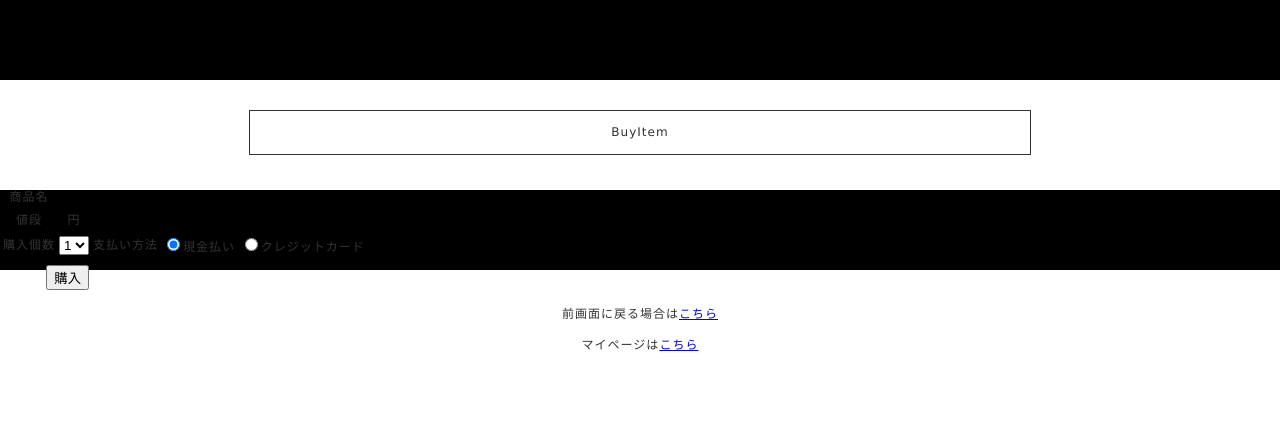
Repository: Numanaka/test
Page: http://localhost/ecsite/buyItem.jsp
These files come from the project's save history. The page is drawn as it stood at one moment and after the next save; the edit follows.
The browser window is 1280 px wide. The pictures show the whole page.
The page is served by Tomcat 9.

Above is the page before, as saved 2019-07-10 06:56:07.

After the next save:
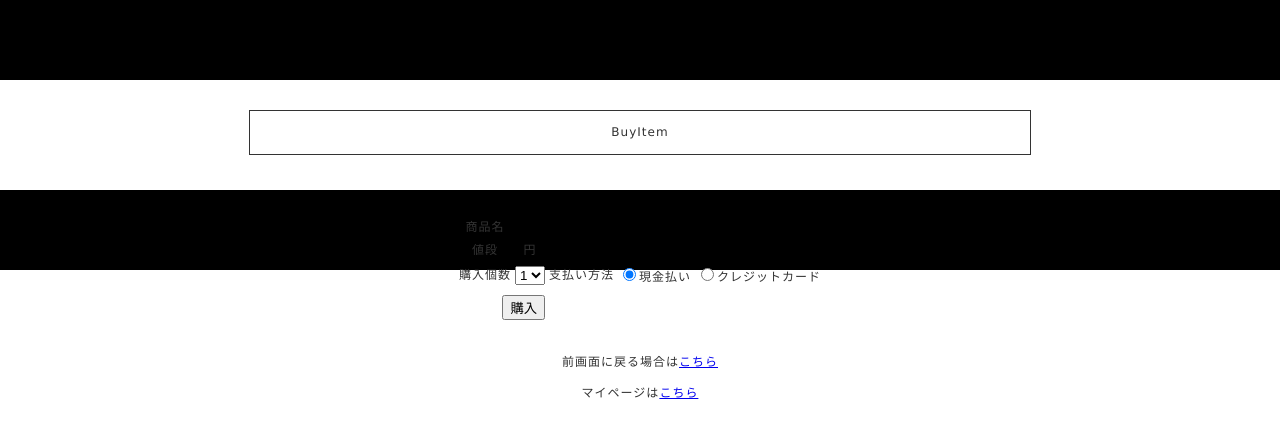
Saved 43 s later.
--- a/ecsite/WebContent/buyItem.jsp
+++ b/ecsite/WebContent/buyItem.jsp
@@ -25,6 +25,11 @@ body{
 	font-size:12px;
 	color:#333;
 	background:#fff;
+}
+
+table{
+	text-align: center;
+	margin: 30px auto;
 }
 
 
